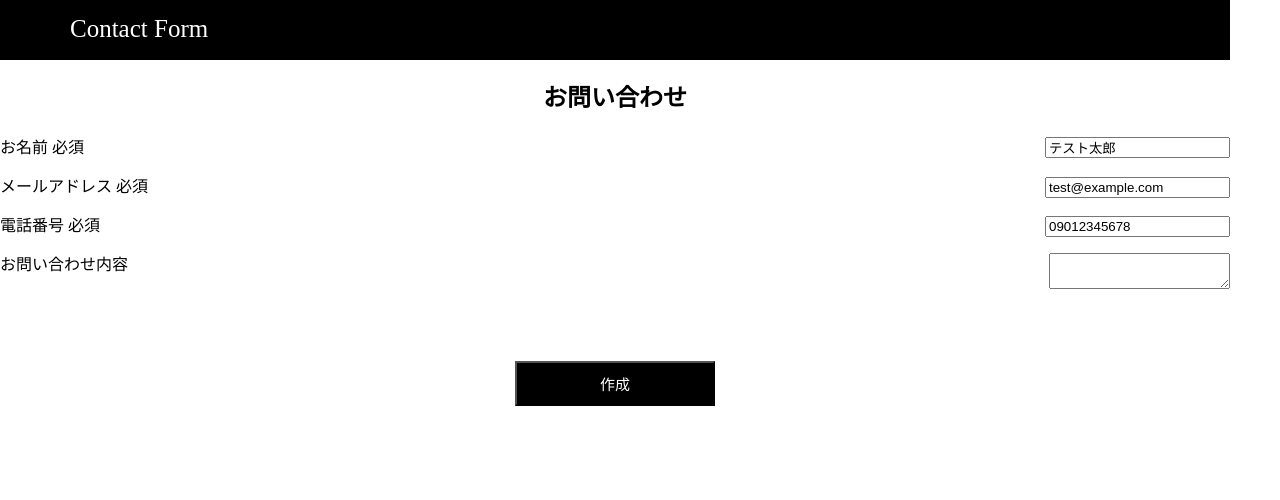
Repository: mayu-ya/my-contact-form
Page: http://localhost/
An editor plug-in stored every save of this project. The page is shown before and after the next save, followed by the edit.
The browser window is 1280 px wide. The pictures show the whole page.
The page is served by the project's Laravel application, run on PHP 8.4 with Laravel 8. Other server files are loaded and not shown.

Above is the page before, as saved 2026-01-01 22:14:22.

### src/routes/web.php
<?php

use Illuminate\Support\Facades\Route;
use App\Http\Controllers\ContactController;

/*
|--------------------------------------------------------------------------
| Web Routes
|--------------------------------------------------------------------------
|
| Here is where you can register web routes for your application. These
| routes are loaded by the RouteServiceProvider within a group which
| contains the "web" middleware group. Now create something great!
|
*/

Route::get('/', [ContactController::class,'index']);

### src/app/Http/Controllers/ContactController.php
<?php

namespace App\Http\Controllers;

use Illuminate\Http\Request;

class ContactController extends Controller
{
    public function index()
    {
        return view('index');
    }
}

### src/resources/views/index.blade.php
@extends('layouts.app')

@section('css')
<link rel="stylesheet" href="{{ asset('css/index.css') }}">
@endsection

@section('content')
<div class="content">
    <div class="form-title">
        <h2 class="form-title-con">お問い合わせ</h2>
    </div>

    <form class="form">
        <div class="form-content">
            <div class="form-content-name">
                <span class="form-content-name_na">お名前</span>
                <span class="form-content-name_re">必須</span>
            </div>
            <div class="form_create">
                <input type="text" name="name" value="テスト太郎">
            </div>
        </div>
        <div class="form-content">
            <div class="form-content-email">
                <span class="form-content-email_em">メールアドレス</span>
                <span class="form-content-email_re">必須</span>
            </div>
            <div class="form_create">
                <input type="text" name="email" value="test@example.com">
            </div>
        </div>
        <div class="form-content">
            <div class="form-content-tel">
                <span class="form-content-tel_te">電話番号</span>
                <span class="form-content-tel_re">必須</span>
            </div>
            <div class="form_create">
                <input type="text" name="tel" value="09012345678">
            </div>
        </div>
        <div class="form-content">
            <div class="form-content-text">
                <span class="content-text_co">お問い合わせ内容</span>
            </div>
            <div class="form-text_create">
                <textarea name="text" value="資料をいただきたいです"></textarea>
            </div>

        </div>

        <div class="form-button">
            <button class="form-button_create">作成</button>
        </div>
    </form>
</div>
@endsection

### src/resources/views/layouts/app.blade.php
<!DOCTYPE html>
<html lang="ja">
<head>
    <meta charset="UTF-8">
    <meta name="viewport" content="width=device-width, initial-scale=1.0">
    <title>Contact Form</title>
    <link rel="stylesheet" href="{{ asset('css/sanitize.css') }}">
    <link rel="stylesheet" href="{{ asset('css/common.css') }}">
    @yield('css')
</head>
<body>
    <header class="header">
        <div class="header-title">
            <a href="/" class="header-logo">Contact Form</a>
        </div>
    </header>

    <main>
        @yield('content')
    </main>
</body>
</html>

### src/public/css/sanitize.css
/* Document
* ========================================================================== */

/**
* Add border box sizing in all browsers (opinionated).
*/

*,
::before,
::after {
  box-sizing: border-box;
}

/**
* 1. Add text decoration inheritance in all browsers (opinionated).
* 2. Add vertical alignment inheritance in all browsers (opinionated).
*/

::before,
::after {
  vertical-align: inherit;
  /* 2 */
  text-decoration: inherit;
  /* 1 */
}

/**
* 1. Use the default cursor in all browsers (opinionated).
* 2. Change the line height in all browsers (opinionated).
* 3. Use a 4-space tab width in all browsers (opinionated).
* 4. Remove the grey highlight on links in iOS (opinionated).
* 5. Prevent adjustments of font size after orientation changes in
*    IE on Windows Phone and in iOS.
* 6. Breaks words to prevent overflow in all browsers (opinionated).
*/

html {
  word-break: break-word;
  /* 6 */
  -moz-tab-size: 4;
  /* 3 */
  tab-size: 4;
  /* 3 */
  line-height: 1.5;
  /* 2 */
  cursor: default;
  /* 1 */

  -webkit-tap-highlight-color: transparent
    /* 4 */
  ;
  -ms-text-size-adjust: 100%;
  /* 5 */
  -webkit-text-size-adjust: 100%;
  /* 5 */
}

/* Sections
* ========================================================================== */

/**
* Remove the margin in all browsers (opinionated).
*/

body {
  margin: 0;
}

/**
* Correct the font size and margin on `h1` elements within `section` and
* `article` contexts in Chrome, Edge, Firefox, and Safari.
*/

h1 {
  margin: 0.67em 0;
  font-size: 2em;
}

/* Grouping content
* ========================================================================== */

/**
* Remove the margin on nested lists in Chrome, Edge, IE, and Safari.
*/

dl dl,
dl ol,
dl ul,
ol dl,
ul dl {
  margin: 0;
}

/**
* Remove the margin on nested lists in Edge 18- and IE.
*/

ol ol,
ol ul,
ul ol,
ul ul {
  margin: 0;
}

/**
* 1. Add the correct sizing in Firefox.
* 2. Show the overflow in Edge 18- and IE.
*/

hr {
  overflow: visible;
  /* 2 */
  height: 0;
  /* 1 */
}

/**
* Add the correct display in IE.
*/

main {
  display: block;
}

/**
* Remove the list style on navigation lists in all browsers (opinionated).
*/

nav ol,
nav ul {
  padding: 0;
  list-style: none;
}

/**
* 1. Correct the inheritance and scaling of font size in all browsers.
* 2. Correct the odd `em` font sizing in all browsers.
*/

pre {
  font-size: 1em;
  /* 2 */
  font-family: monospace, monospace;
  /* 1 */
}

/* Text-level semantics
* ========================================================================== */

/**
* Remove the gray background on active links in IE 10.
*/

a {
  background-color: transparent;
}

/**
* Add the correct text decoration in Edge 18-, IE, and Safari.
*/

abbr[title] {
  text-decoration: underline;
  text-decoration: underline dotted;
}

/**
* Add the correct font weight in Chrome, Edge, and Safari.
*/

b,
strong {
  font-weight: bolder;
}

/**
* 1. Correct the inheritance and scaling of font size in all browsers.
* 2. Correct the odd `em` font sizing in all browsers.
*/

code,
kbd,
samp {
  font-size: 1em;
  /* 2 */
  font-family: monospace, monospace;
  /* 1 */
}

/**
* Add the correct font size in all browsers.
*/

small {
  font-size: 80%;
}

/* Embedded content
* ========================================================================== */

/*
* Change the alignment on media elements in all browsers (opinionated).
*/

audio,
canvas,
iframe,
img,
svg,
video {
  vertical-align: middle;
}

/**
* Add the correct display in IE 9-.
*/

audio,
video {
  display: inline-block;
}

/**
* Add the correct display in iOS 4-7.
*/

audio:not([controls]) {
  display: none;
  height: 0;
}

/**
* Remove the border on iframes in all browsers (opinionated).
*/

iframe {
  border-style: none;
}

/**
* Remove the border on images within links in IE 10-.
*/

img {
  border-style: none;
}

/**
* Change the fill color to match the text color in all browsers (opinionated).
*/

svg:not([fill]) {
  fill: currentColor;
}

/**
* Hide the overflow in IE.
*/

svg:not(:root) {
  overflow: hidden;
}

/* Tabular data
* ========================================================================== */

/**
* Collapse border spacing in all browsers (opinionated).
*/

table {
  border-collapse: collapse;
}

/* Forms
* ========================================================================== */

/**
* Remove the margin on controls in Safari.
*/

button,
input,
select {
  margin: 0;
}

/**
* 1. Show the overflow in IE.
* 2. Remove the inheritance of text transform in Edge 18-, Firefox, and IE.
*/

button {
  overflow: visible;
  /* 1 */
  text-transform: none;
  /* 2 */
}

/**
* Correct the inability to style buttons in iOS and Safari.
*/

button,
[type="button"],
[type="reset"],
[type="submit"] {
  -webkit-appearance: button;
}

/**
* 1. Change the inconsistent appearance in all browsers (opinionated).
* 2. Correct the padding in Firefox.
*/

fieldset {
  padding: 0.35em 0.75em 0.625em;
  /* 2 */
  border: 1px solid #a0a0a0;
  /* 1 */
}

/**
* Show the overflow in Edge 18- and IE.
*/

input {
  overflow: visible;
}

/**
* 1. Correct the text wrapping in Edge 18- and IE.
* 2. Correct the color inheritance from `fieldset` elements in IE.
*/

legend {
  display: table;
  /* 1 */
  max-width: 100%;
  /* 1 */
  color: inherit;
  /* 2 */
  white-space: normal;
  /* 1 */
}

/**
* 1. Add the correct display in Edge 18- and IE.
* 2. Add the correct vertical alignment in Chrome, Edge, and Firefox.
*/

progress {
  display: inline-block;
  /* 1 */
  vertical-align: baseline;
  /* 2 */
}

/**
* Remove the inheritance of text transform in Firefox.
*/

select {
  text-transform: none;
}

/**
* 1. Remove the margin in Firefox and Safari.
* 2. Remove the default vertical scrollbar in IE.
* 3. Change the resize direction in all browsers (opinionated).
*/

textarea {
  overflow: auto;
  /* 2 */
  margin: 0;
  /* 1 */
  resize: vertical;
  /* 3 */
}

/**
* Remove the padding in IE 10-.
*/

[type="checkbox"],
[type="radio"] {
  padding: 0;
}

/**
* 1. Correct the odd appearance in Chrome, Edge, and Safari.
* 2. Correct the outline style in Safari.
*/

[type="search"] {
  outline-offset: -2px;
  /* 2 */

  -webkit-appearance: textfield;
  /* 1 */
}

/**
* Correct the cursor style of increment and decrement buttons in Safari.
*/

::-webkit-inner-spin-button,
::-webkit-outer-spin-button {
  height: auto;
}

/**
* Correct the text style of placeholders in Chrome, Edge, and Safari.
*/

::-webkit-input-placeholder {
  color: inherit;
  opacity: 0.54;
}

/**
* Remove the inner padding in Chrome, Edge, and Safari on macOS.
*/

::-webkit-search-decoration {
  -webkit-appearance: none;
}

/**
* 1. Correct the inability to style upload buttons in iOS and Safari.
* 2. Change font properties to `inherit` in Safari.
*/

::-webkit-file-upload-button {
  font: inherit;
  /* 2 */

  -webkit-appearance: button;
  /* 1 */
}

/**
* Remove the inner border and padding of focus outlines in Firefox.
*/

::-moz-focus-inner {
  padding: 0;
  border-style: none;
}

/**
* Restore the focus outline styles unset by the previous rule in Firefox.
*/

:-moz-focusring {
  outline: 1px dotted ButtonText;
}

/**
* Remove the additional :invalid styles in Firefox.
*/

:-moz-ui-invalid {
  box-shadow: none;
}

/* Interactive
* ========================================================================== */

/*
* Add the correct display in Edge 18- and IE.
*/

details {
  display: block;
}

/*
* Add the correct styles in Edge 18-, IE, and Safari.
*/

dialog {
  position: absolute;
  right: 0;
  left: 0;
  display: block;
  margin: auto;
  padding: 1em;
  width: -moz-fit-content;
  width: -webkit-fit-content;
  width: fit-content;
  height: -moz-fit-content;
  height: -webkit-fit-content;
  height: fit-content;
  border: solid;
  background-color: white;
  color: black;
}

dialog:not([open]) {
  display: none;
}

/*
* Add the correct display in all browsers.
*/

summary {
  display: list-item;
}

/* Scripting
* ========================================================================== */

/**
* Add the correct display in IE 9-.
*/

canvas {
  display: inline-block;
}

/**
* Add the correct display in IE.
*/

template {
  display: none;
}

/* User interaction
* ========================================================================== */

/*
* 1. Remove the tapping delay in IE 10.
* 2. Remove the tapping delay on clickable elements
in all browsers (opinionated).
*/

a,
area,
button,
input,
label,
select,
summary,
textarea,
[tabindex] {
  -ms-touch-action: manipulation;
  /* 1 */
  touch-action: manipulation;
  /* 2 */
}

/**
* Add the correct display in IE 10-.
*/

[hidden] {
  display: none;
}

/* Accessibility
* ========================================================================== */

/**
* Change the cursor on busy elements in all browsers (opinionated).
*/

[aria-busy="true"] {
  cursor: progress;
}

/*
* Change the cursor on control elements in all browsers (opinionated).
*/

[aria-controls] {
  cursor: pointer;
}

/*
* Change the cursor on disabled, not-editable, or otherwise
* inoperable elements in all browsers (opinionated).
*/

[aria-disabled="true"],
[disabled] {
  cursor: not-allowed;
}

/*
* Change the display on visually hidden accessible elements
* in all browsers (opinionated).
*/

[aria-hidden="false"][hidden] {
  display: initial;
}

[aria-hidden="false"][hidden]:not(:focus) {
  position: absolute;
  clip: rect(0, 0, 0, 0);
}

### src/public/css/common.css
.header {
    background: black;
    height: 60px;
    max-width: 1230px;
}

.header-logo{
    display: block;
    color: white;
    font-size: 25px;
    padding-top: 10px;
    padding-left: 70px;
    text-decoration: none;
    cursor: pointer;
}

### src/public/css/index.css
.content {
    max-width: 1230px;
}

.form-title-con {
    text-align: center;
}

.form {
    margin: 0 auto;
    text-align: center;
}

.form-content {
    display: flex;
    justify-content: space-between;
    margin-bottom: 15px;
}

.form-email_create input,

.form-button {
    text-align: center;
    padding: 50px;
}

.form-button_create {
    color: white;
    background: black;
    font-size: 15px;
    width: 200px;
    height: 45px;
    cursor: pointer;
}

Loaded but not shown: src/app/Http/Controllers/Controller.php (common file)

After the next save:
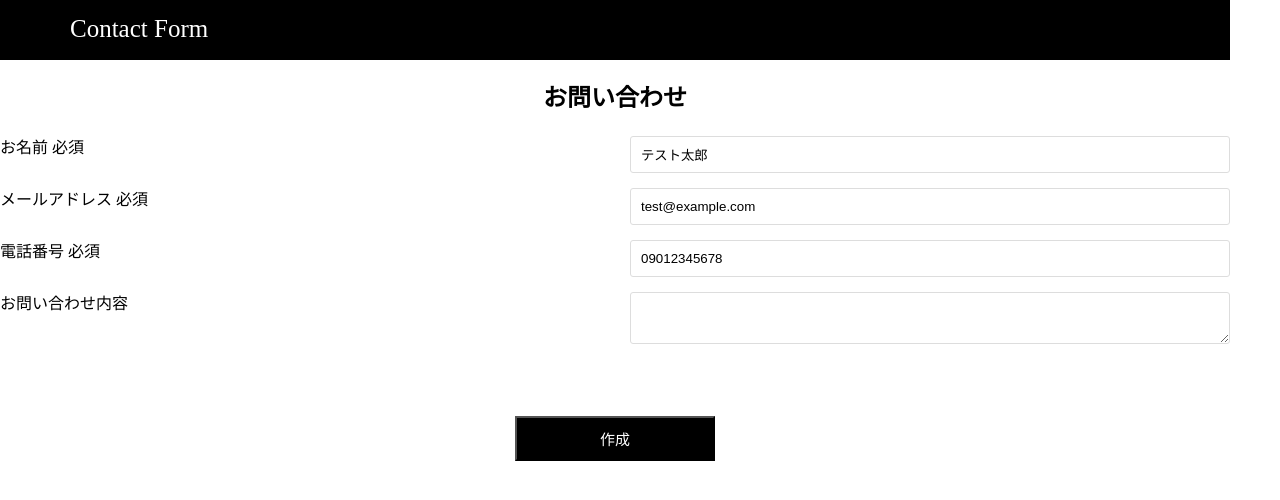
Saved 61 s later.
--- a/src/public/css/index.css
+++ b/src/public/css/index.css
@@ -17,7 +17,13 @@
     margin-bottom: 15px;
 }
 
-.form-email_create input,
+.form_create input,
+.form-text_create textarea {
+  padding: 10px;
+  width: 600px;
+  border: 1px solid #ddd;
+  border-radius: 3px;
+}
 
 .form-button {
     text-align: center;
